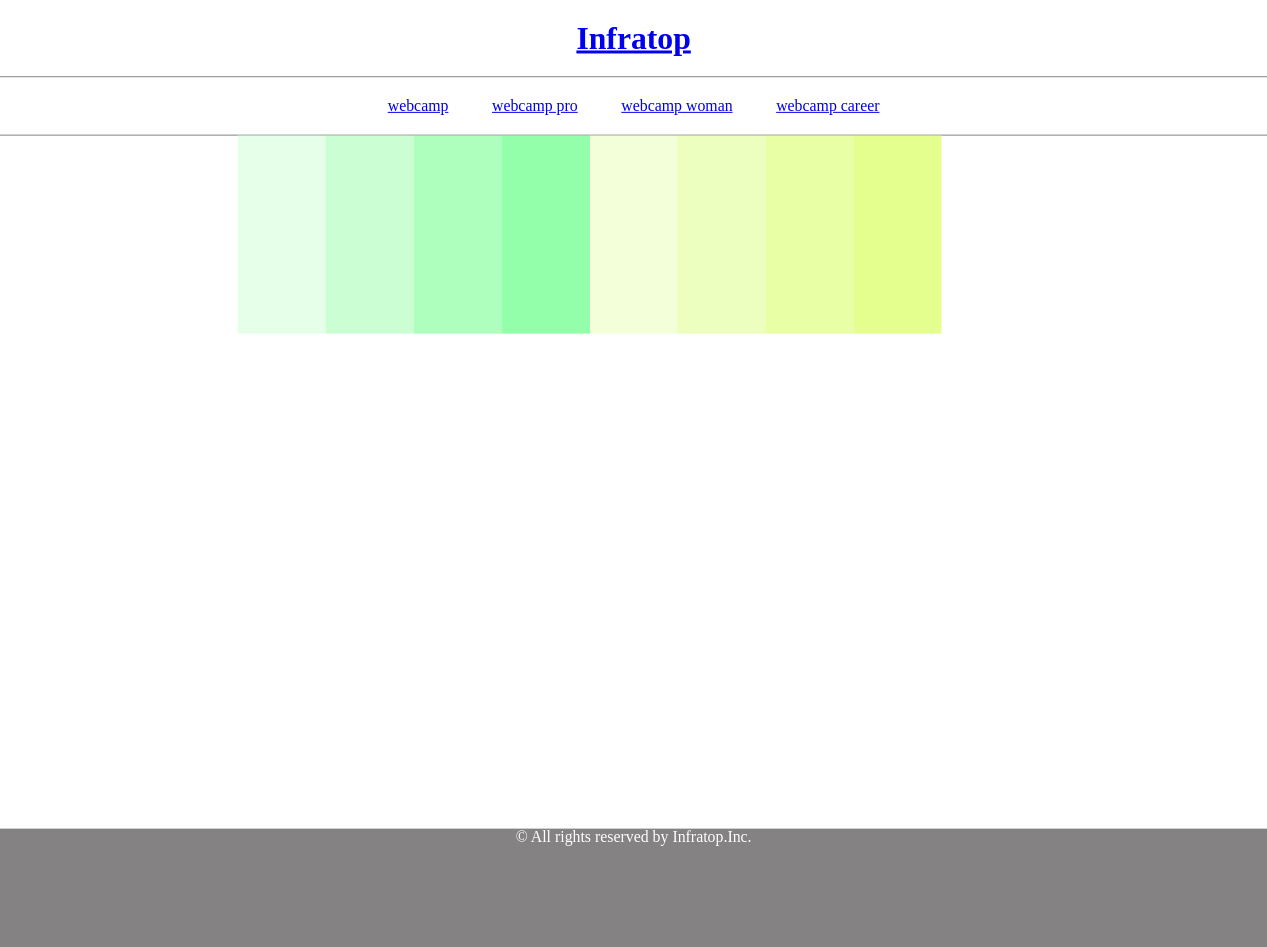
Repository: ryosei-110/HTML-CSS-
Page: 1-5exercise/index.html
The author's editor kept a record of every edit. The page is drawn from the files as they stood at one moment, then again after the next edit.
The browser window is 1280 px wide. The pictures show the whole page, at 99% of full size.

Above is the page before.

After the next edit:
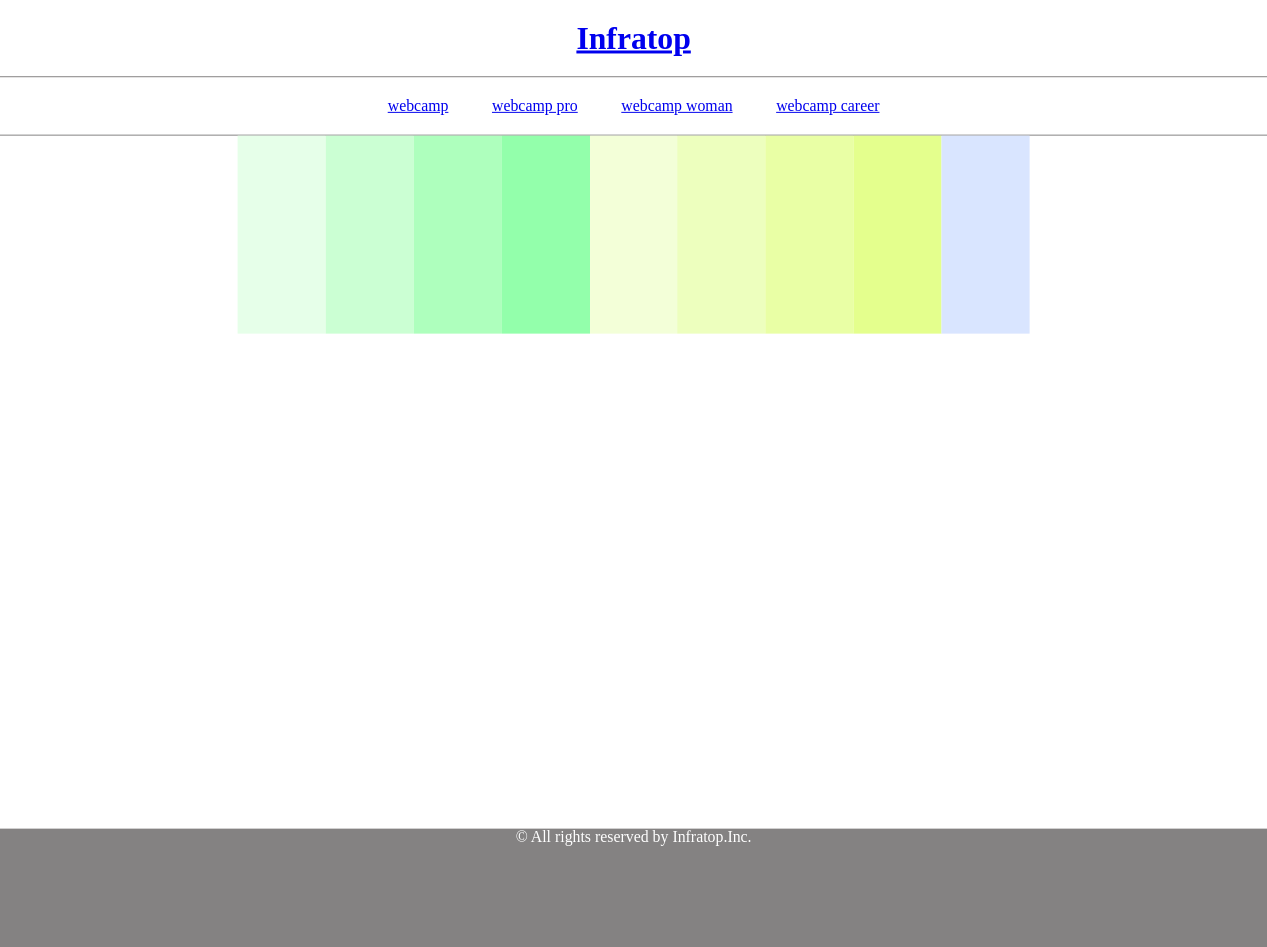
The edit:
--- a/1-5exercise/style.css
+++ b/1-5exercise/style.css
@@ -84,7 +84,7 @@
 .box9 {
   width: 200px;
   height: 200px;
-  color: #d9e5ff;
+  background-color:  #d9e5ff;
 }
 
 .box10 {
